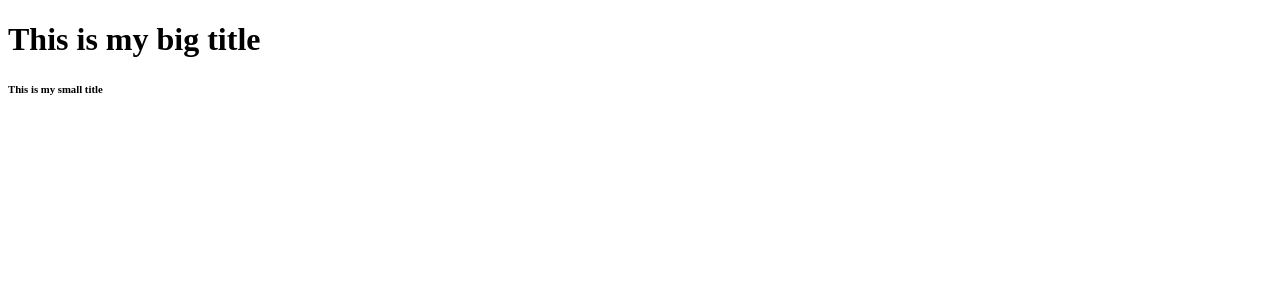
Repository: wonjunknag/kakao-clone
Page: index.html
The author's editor kept a copy of each file at every save. The page is drawn from the files as they stood at one save, then again after the next save.
The browser window is 1280 px wide. The pictures show the whole page.

Above is the page before, as saved 2020-06-30 20:46:48.

After the next save:
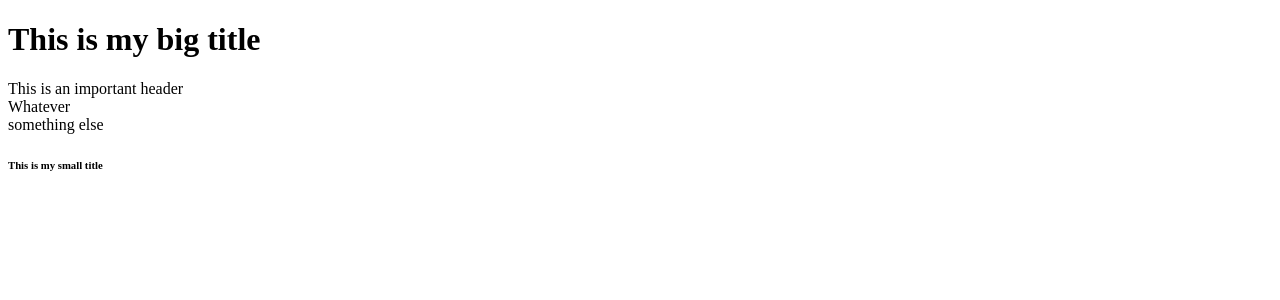
Saved 7 min 30 s later.
--- a/index.html
+++ b/index.html
@@ -2,12 +2,15 @@
 <html>
   <head>
     <meta charset="utf-8" />
-    <meta name="author" content="Nomad Coders" />
+    <meta name="author" content="won jun kang" />
     <meta name="description" content="Welcome to my kakao Clone" />
     <title>This is my title</title>
   </head>
   <body>
     <h1>This is my big title</h1>
+    <header>This is an important header</header>
+    <div>Whatever</div>
+    <span>something else</span>
     <h6>This is my small title</h6>
   </body>
 </html>
